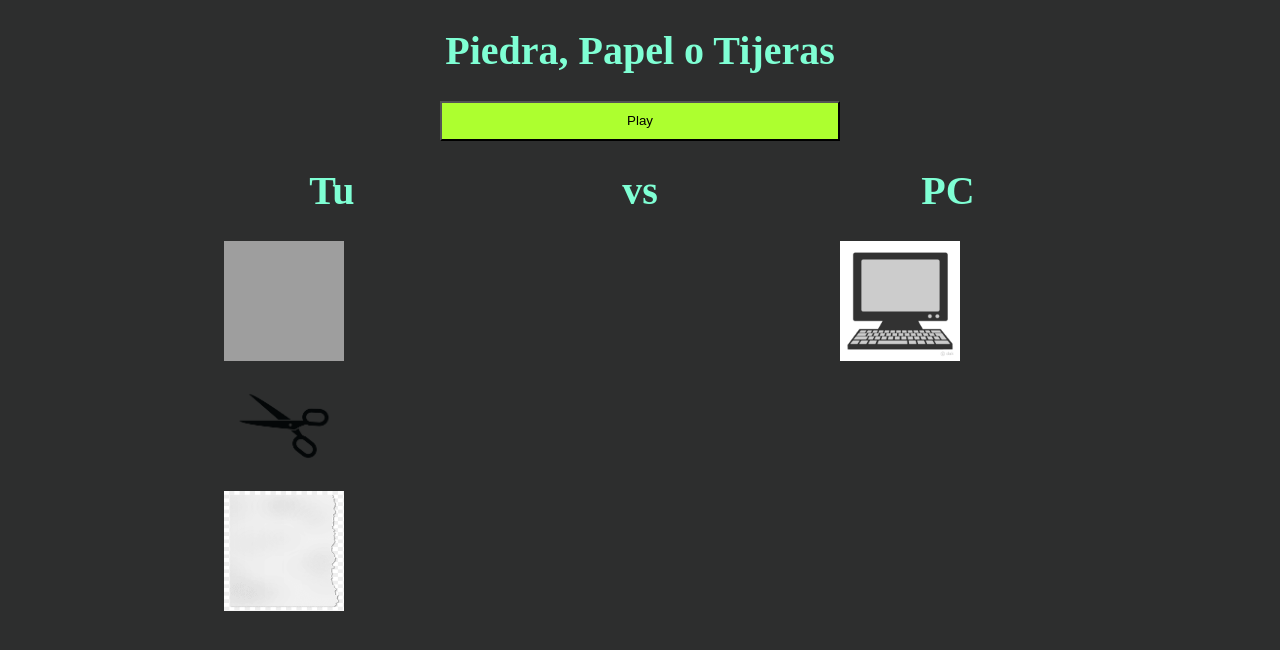
Repository: Kevin8548/FundamentosJS
Page: scissors.html
An editor plug-in stored every save of this project. The page is shown before and after the next save, followed by the edit.
The browser window is 1280 px wide. The pictures show the whole page.
Pictures or frames that could not be fetched are drawn as grey boxes.

Above is the page before, as saved 2024-09-23 13:58:10.

After the next save:
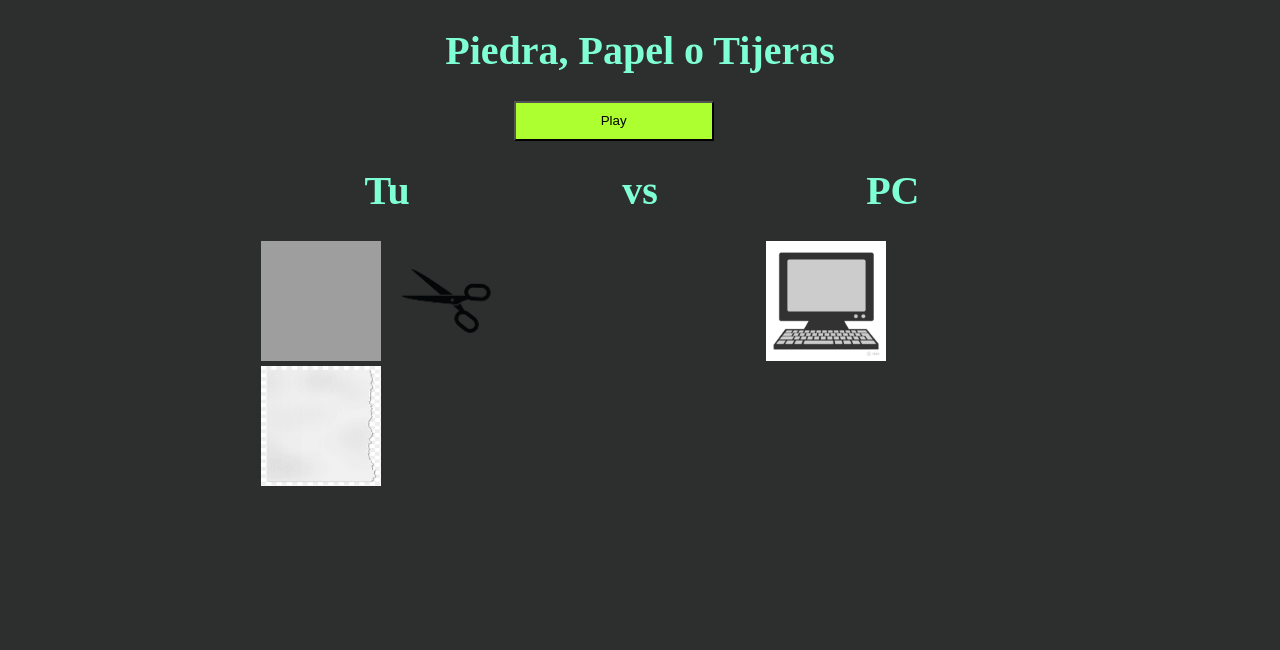
Saved 8 s later.
--- a/style.css
+++ b/style.css
@@ -30,7 +30,7 @@ font-size: 20px;
 
 button {
     background-color: greenyellow;
-    width: 400px;
+    width: 200px;
     height: 40px;
     cursor: pointer;
 }
